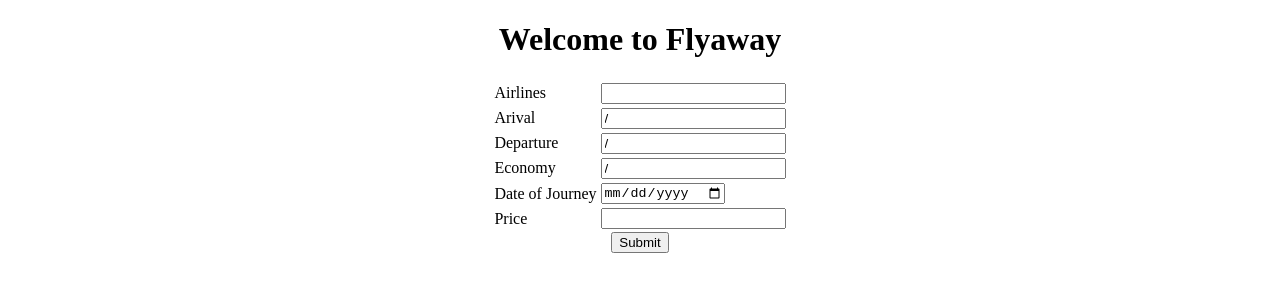
Repository: sahith-ginne/sahithginne_Phase2_NishaWaikar
Page: http://localhost/Flyaway/Home.jsp
The author's editor kept a copy of each file at every save. The page is drawn from the files as they stood at one save, then again after the next save.
The browser window is 1280 px wide. The pictures show the whole page.
The page is served by Tomcat 9. Other server files are loaded and not shown. Queries for data that is not in the repository find no rows.

Above is the page before, as saved 2021-05-01 10:58:56.

### Flyaway/WebContent/Home.jsp
<%@page import="Flyawaydao.FlyawayDao"%>
<%@page import="Flyawaydao.FlyawayDaoImpl"%>
<%@page import ="Flyawaydto.Flyaway"%>
<%@page import ="java.util.Set"%>
<%@page language="java" contentType="text/html; charset=ISO-8859-1" pageEncoding="ISO-8859-1"%>
<!DOCTYPE html PUBLIC "-//W3C//DTD HTML 4.01 Transitional//EN" "http://www.w3.org/TR/html4/loose.dtd">
<html>
<head>
<meta http-equiv="Content-Type" content="text/html; charset=ISO-8859-1">
<title>Insert title here</title>
</head>
<body>
 <div align="center">
  <h1>Welcome to Flyaway</h1>

  <form action="<%= request.getContextPath() %>/Flyawayservlet" method="post">
   <table style="with: 80%">
    <%
FlyawayDao flyawayDao = new FlyawayDaoImpl();

Set<Flyaway> flyawayData = flyawayDao.getAllFlyaway();




		 %>
    <tr>
     <td>Airlines</td>
     <td><input type="text" name="Airlines"></input></td>

    </tr>
    <tr>
     <td>Arival</td>
     <td><input type="text" name="Arival" value= /></td>
    </tr>
    <tr>
     <td>Departure</td>
     <td><input type="text" name="Departure" value= /></td>
    </tr>
    <tr>
     <td>Economy</td>
     <td><input type="text" name="Economy" value= /></td>
    </tr>
    <tr>
    <td>Date of Journey</td>
   <td><input type ="date" id="date" name="date"/></td>
   </tr>
    <tr>
     <td>Price</td>
     <td><input type="int" name="Price" /></td>
    </tr>

   </table>
   <input type="submit" value="Submit" />

  </form>

 </div>
</body>
</html>

### Flyaway/src/Flyawaydao/FlyawayDaoImpl.java
package Flyawaydao;

import java.sql.Connection;
import java.sql.DriverManager;
import java.sql.PreparedStatement;
import java.sql.ResultSet;
import java.sql.SQLException;
import java.sql.Statement;
import java.util.HashSet;
import java.util.Set;

import Flyawaydto.Flyaway;
import Databaseconnection.ConnectionManager;
import Databaseconnection.ConnectionManagerImpl;

public class FlyawayDaoImpl implements FlyawayDao{
	private Connection connection;

	public FlyawayDaoImpl() {
		connection = new ConnectionManagerImpl().getConnection();
	}

	@Override
	public boolean addFlyaway(Flyaway flyaway) {
		// TODO Auto-generated method stub
		return false;
	}

	@Override
	public boolean updateFlyaway(String Airlines, String Arival, String Departure) {
		// TODO Auto-generated method stub
		return false;
	}

	@Override
	public boolean deleteFlyaway(String Airlines, String Arival, String Departure) {
		// TODO Auto-generated method stub
		return false;
	}

	@Override
	public boolean searchFlyaway(Flyaway flyaway) {
		boolean IsFlyawayInserted= false;
		String Airlines = flyaway.getAirlines();
		String Arival = flyaway.getArival();
		String Departure = flyaway.getDeparture();
		String Economy = flyaway.getEconomy();
		int Price = flyaway.getPrice();
		return IsFlyawayInserted;

	}

	@Override
	public Set<Flyaway> getAllFlyaway() {
		Set<Flyaway> flyaway = new HashSet<>();
		String sql = "select * from flights";
		try {
			Statement statement = connection.createStatement();
			ResultSet resultSet = statement.executeQuery(sql);
			while(resultSet.next()) {

				String Airlines = resultSet.getString(1);
				String Arival = resultSet.getString(2);
				String Departure = resultSet.getString(3);
				String Economy = resultSet.getString(4);
				int Price = resultSet.getInt(5);
				Flyaway flyaway2 = new Flyaway(Airlines, Arival, Departure, Economy, Price);
				flyaway.add(flyaway2);
			}


	} catch (SQLException e) {
		e.printStackTrace();

		}
		System.out.println(flyaway.toString());
		return flyaway;
	}

	@Override
	public Flyaway searchFlyaway() {
		return null;
		// TODO Auto-generated method stub

	}



	 public static void main(String[] args) {
		FlyawayDaoImpl obj = new FlyawayDaoImpl();
	obj.getAllFlyaway();
	}
	    }

### Flyaway/src/Databaseconnection/ConnectionManager.java
package Databaseconnection;

import java.sql.Connection;

public interface ConnectionManager {
	public Connection getConnection();

}

### Flyaway/src/Databaseconnection/ConnectionManagerImpl.java
package Databaseconnection;

import java.sql.Connection;
import java.sql.DriverManager;
import java.sql.SQLException;

public class ConnectionManagerImpl implements ConnectionManager{

	@Override
	public Connection getConnection() {
		Connection connection = null;
		try {
			Class.forName("com.mysql.cj.jdbc.Driver");
			connection = DriverManager.getConnection("jdbc:mysql://localhost:3306/flyawaydb", "root", "sahith");
		} catch (ClassNotFoundException | SQLException e) {
			e.printStackTrace();
		}
		return connection;
	}


}

After the next save:
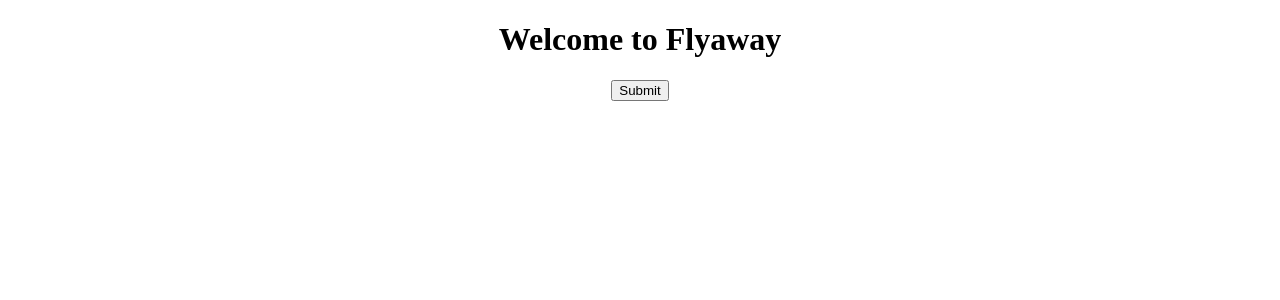
Saved 3 min 16 s later.
--- a/Flyaway/WebContent/Home.jsp
+++ b/Flyaway/WebContent/Home.jsp
@@ -20,26 +20,26 @@ FlyawayDao flyawayDao = new FlyawayDaoImpl();
 
 Set<Flyaway> flyawayData = flyawayDao.getAllFlyaway();
 
-
+for(Flyaway rs:flyawayData){
 
 
 		 %>
     <tr>
      <td>Airlines</td>
-     <td><input type="text" name="Airlines"></input></td>
+     <td><input type="text" name="Airlines" value="<%=rs.getAirlines() %>" disable /></input></td>
 
     </tr>
     <tr>
      <td>Arival</td>
-     <td><input type="text" name="Arival" value= /></td>
+     <td><input type="text" name="Arival" value="<%=rs.getArival() %>" /></td>
     </tr>
     <tr>
      <td>Departure</td>
-     <td><input type="text" name="Departure" value= /></td>
+     <td><input type="text" name="Departure" value="<%=rs.getDeparture() %>" /></td>
     </tr>
     <tr>
      <td>Economy</td>
-     <td><input type="text" name="Economy" value= /></td>
+     <td><input type="text" name="Economy" value="<%=rs.getEconomy() %>" /></td>
     </tr>
     <tr>
     <td>Date of Journey</td>
@@ -47,9 +47,11 @@ Set<Flyaway> flyawayData = flyawayDao.getAllFlyaway();
    </tr>
     <tr>
      <td>Price</td>
-     <td><input type="int" name="Price" /></td>
+     <td><input type="int" name="Price" value="<%=rs.getPrice() %>"/></td>
     </tr>
-
+   <%
+   }
+   %>
    </table>
    <input type="submit" value="Submit" />
 
